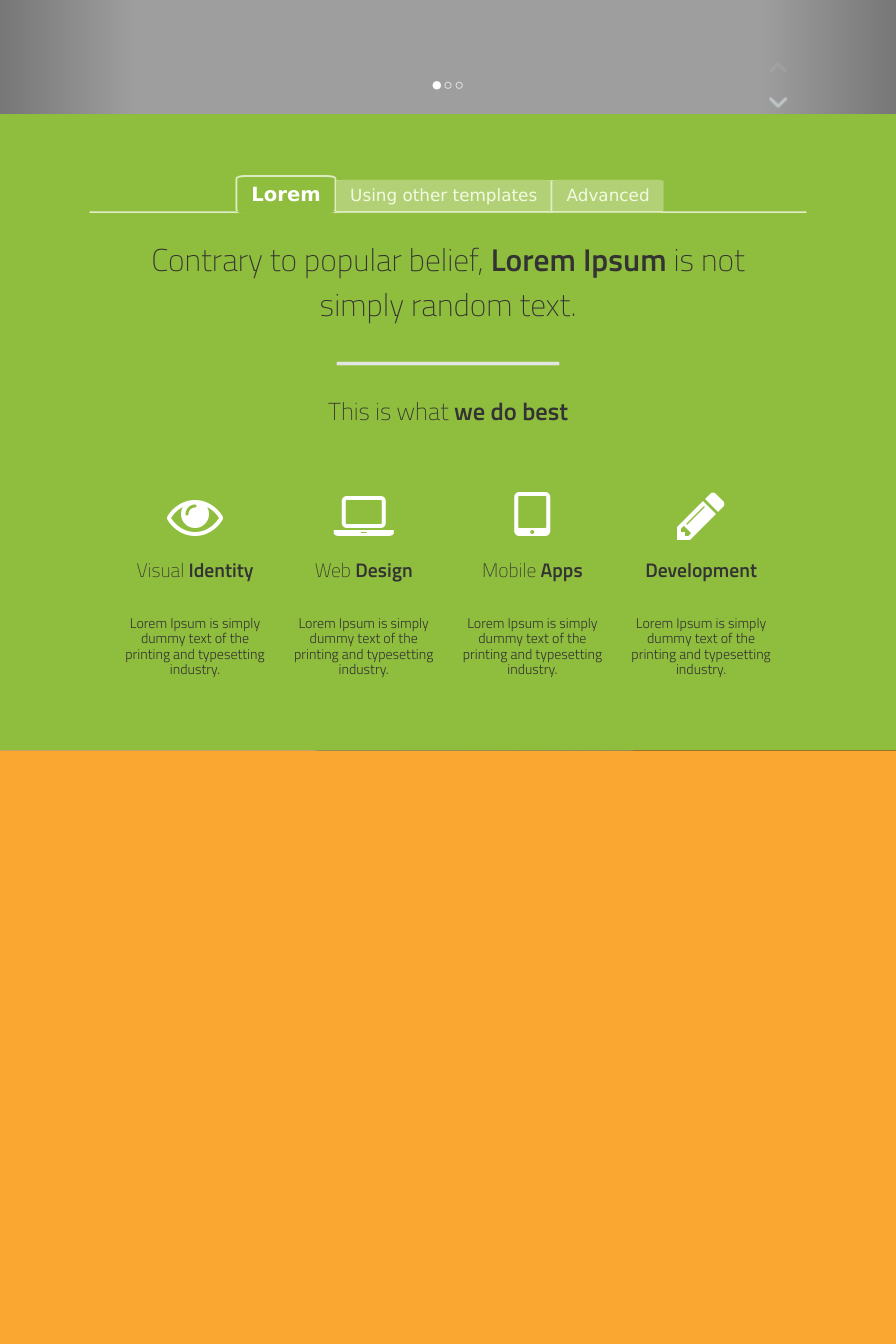
Repository: maticrepse/GibajInZmagaj
Page: index.html
The author's editor kept a record of every edit. The page is drawn from the files as they stood at one moment, then again after the next edit.
The browser window is 1280 px wide. The pictures show the part of the page from y = 487 to 2407 px (the page is 6218 px tall before and 6221 px after), at 70% of full size.

Above is the page before.

After the next edit:
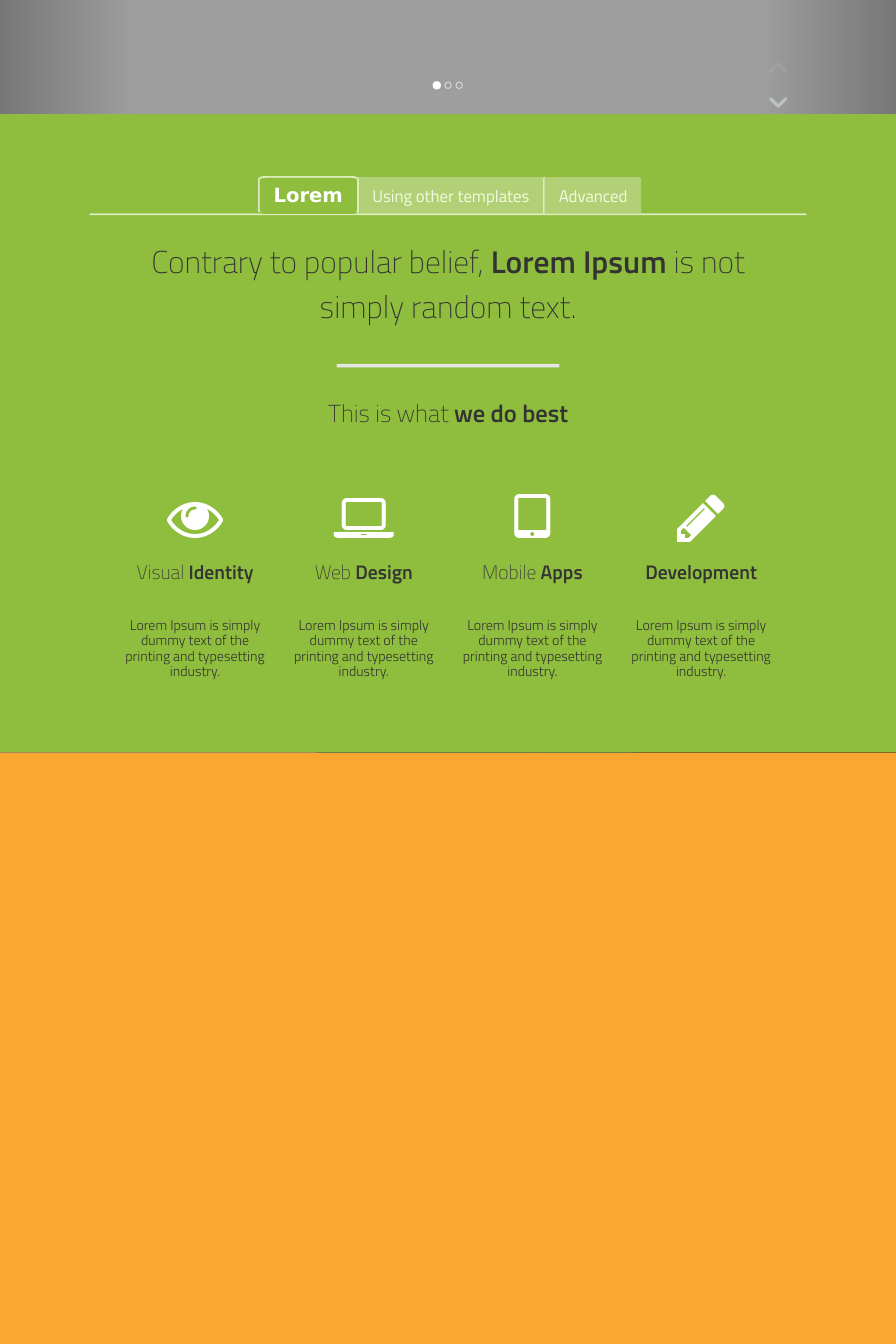
The edit:
--- a/css/tabcontent.css
+++ b/css/tabcontent.css
@@ -19,7 +19,7 @@
 
 ul.tabs li a
 {
-    font: normal 24px Verdana;
+    font: normal 24px "Titillium Web", sans-serif;
     text-decoration: none;
     position: relative;
     padding: 8px 20px;
